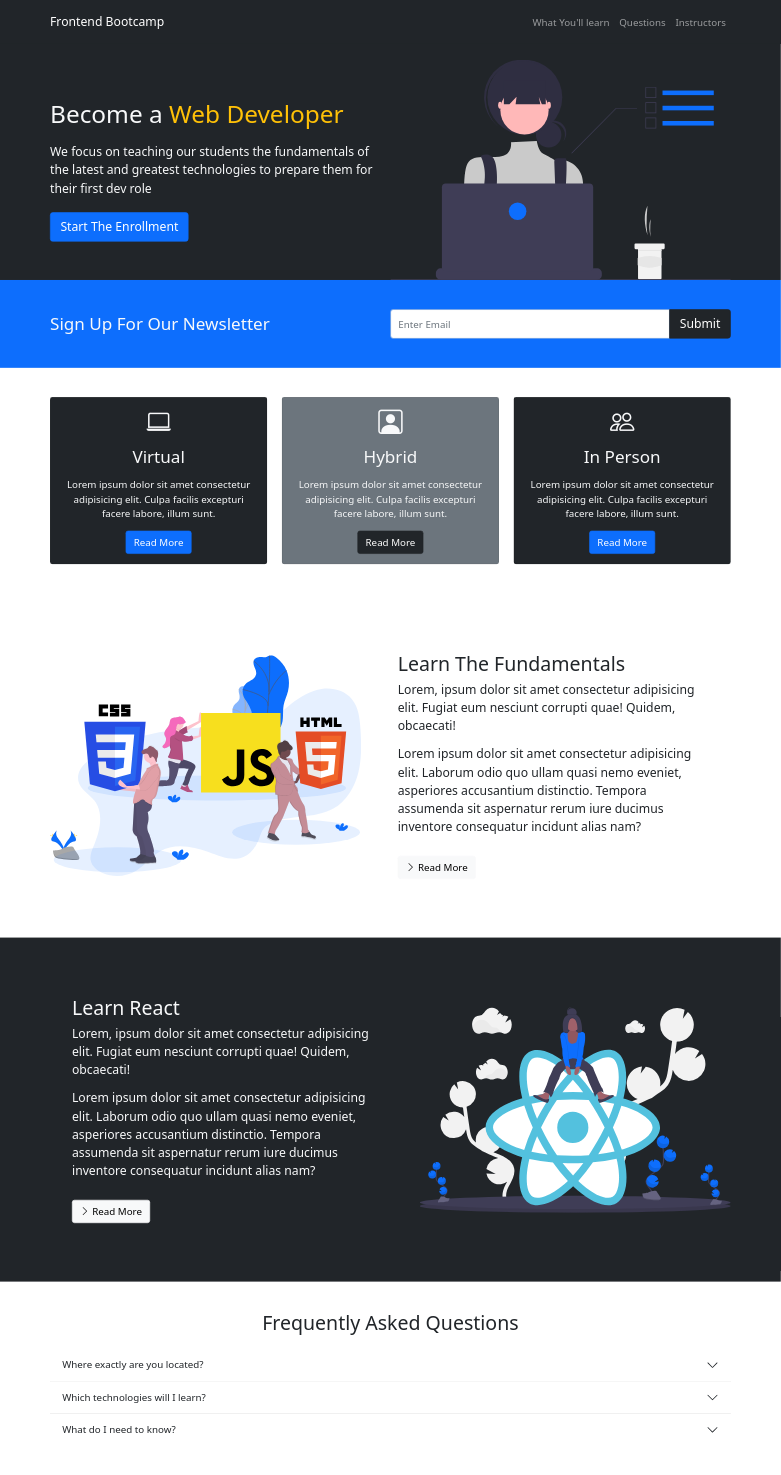
Repository: Marhamat92/Bootstrap5-Responsive-Website-
Page: index.html
The author's editor kept a copy of each file at every save. The page is drawn from the files as they stood at one save, then again after the next save.
The browser window is 1280 px wide. The pictures show the whole page, at 61% of full size.
Some web libraries are served in a nearby version.

Above is the page before, as saved 2021-09-18 19:11:25.

### index.html
<!DOCTYPE html>
<html lang="en">

<head>
    <meta charset="UTF-8">
    <meta http-equiv="X-UA-Compatible" content="IE=edge">
    <meta name="viewport" content="width=device-width, initial-scale=1.0">
    <link href="https://cdn.jsdelivr.net/npm/bootstrap@5.0.2/dist/css/bootstrap.min.css" rel="stylesheet"
        integrity="sha384-EVSTQN3/azprG1Anm3QDgpJLIm9Nao0Yz1ztcQTwFspd3yD65VohhpuuCOmLASjC" crossorigin="anonymous">
    <link rel="stylesheet" href="https://cdn.jsdelivr.net/npm/bootstrap-icons@1.3.0/font/bootstrap-icons.css">
    <link rel="stylesheet" href="style.css">
    <title>Frontend Bootcamp</title>

</head>

<body>
    <!--Navbar-->
    <nav class="navbar navbar-expand-lg bg-dark navbar-dark py-3 fixed-top">
        <div class="container">
            <a href="#" class="navbar-brand">Frontend Bootcamp</a>
            <button class="navbar-toggler" type="button" data-bs-toggle="collapse" data-bs-target="#navmenu">
                <span class="navbar-toggler-icon"></span>
            </button>
            <div class="collapse navbar-collapse" id="navmenu">
                <ul class="navbar-nav ms-auto">
                    <li class="nav-item">
                        <a href="#learn" class="nav-link">What You'll learn</a>
                    </li>
                    <li class="nav-item">
                        <a href="#questions" class="nav-link">Questions</a>
                    </li>
                    <li class="nav-item">
                        <a href="#instructors" class="nav-link">Instructors</a>
                    </li>
                </ul>
            </div>
        </div>
    </nav>

    <!--Showcase-->

    <section class="bg-dark text-light p-5 p-lg-0 pt-lg-5 text-center text-sm-start">
        <div class="container">
            <div class="d-sm-flex align-items-center justify-content-between">
                <div>
                    <h1>Become a <span class="text-warning">Web Developer</span> </h1>
                    <p class="lead my-4">We focus on teaching our students the fundamentals of the latest and
                        greatest technologies to prepare them for their first dev role
                    </p>
                    <button class="btn btn-primary btn-lg">Start The Enrollment</button>
                </div>
                <img class="img-fluid w-50 d-none d-sm-block" src="img/showcase.svg" alt="showcase">
            </div>
        </div>
    </section>


    <!--Newsletter-->
    <section class=" bg-primary text-light p-5">
        <div class="container">
            <div class="d-md-flex justify-content-between align-items-center">
                <h3 class="mb-3 mb-md-0">Sign Up For Our Newsletter</h3>
                <div class="input-group news-input">
                    <input type="text" class="form-control" placeholder="Enter Email">
                    <button class="btn btn-dark btn-lg" type="button">Submit</button>
                </div>

            </div>
        </div>
    </section>

    <!--Boxes-->
    <section class="p-5">
        <div class="container">
            <div class="row text-center g-4">
                <div class="col-md">
                    <div class="card bg-dark text-light">
                        <div class="card-body text-center">
                            <div class="h1 mb-3"><i class="bi bi-laptop"></i>
                            </div>
                            <h3 class="title mb-3">Virtual</h3>
                            <p class="card-text">
                                Lorem ipsum dolor sit amet consectetur adipisicing elit. Culpa facilis excepturi facere
                                labore, illum sunt.
                            </p>
                            <a href="#" class="btn btn-primary">Read More</a>
                        </div>
                    </div>
                </div>
                <div class="col-md">
                    <div class="card bg-secondary text-light">
                        <div class="card-body text-center">
                            <div class="h1 mb-3"><i class="bi bi-person-square"></i>
                            </div>
                            <h3 class="title mb-3">Hybrid</h3>
                            <p class="card-text">
                                Lorem ipsum dolor sit amet consectetur adipisicing elit. Culpa facilis excepturi facere
                                labore, illum sunt.
                            </p>
                            <a href="#" class="btn btn-dark">Read More</a>
                        </div>
                    </div>
                </div>
                <div class="col-md">
                    <div class="card bg-dark text-light">
                        <div class="card-body text-center">
                            <div class="h1 mb-3"><i class="bi bi-people"></i>
                            </div>
                            <h3 class="title mb-3">In Person</h3>
                            <p class="card-text">
                                Lorem ipsum dolor sit amet consectetur adipisicing elit. Culpa facilis excepturi facere
                                labore, illum sunt.
                            </p>
                            <a href="#" class="btn btn-primary">Read More</a>
                        </div>
                    </div>
                </div>
            </div>
        </div>
    </section>

    <!--Learn Sections-->
    <section id="learn" class="p-5">
        <div class="container">
            <div class="row align-items-center justify-content-between">
                <div class="col-md">
                    <img src="img/fundamentals.svg" class="img-fluid" alt="">
                </div>
                <div class="col-md p-5">
                    <h2>Learn The Fundamentals</h2>
                    <p class="lead">
                        Lorem, ipsum dolor sit amet consectetur adipisicing elit. Fugiat eum nesciunt corrupti quae!
                        Quidem, obcaecati!
                    </p>
                    <p class="lead">Lorem ipsum dolor sit amet consectetur adipisicing elit. Laborum odio quo ullam
                        quasi nemo eveniet, asperiores accusantium distinctio. Tempora assumenda sit aspernatur rerum
                        iure ducimus inventore consequatur incidunt alias nam?</p>
                    <a href="#" class="btn btn-light mt-3"><i class="bi bi-chevron-right"></i> Read More</a>
                </div>
            </div>
        </div>
    </section>


    <!--react section-->
    <section id="learn" class="p-5 bg-dark text-light">
        <div class="container">
            <div class="row align-items-center justify-content-between">
                <div class="col-md p-5">
                    <h2>Learn React</h2>
                    <p class="lead">
                        Lorem, ipsum dolor sit amet consectetur adipisicing elit. Fugiat eum nesciunt corrupti quae!
                        Quidem, obcaecati!
                    </p>
                    <p class="lead">Lorem ipsum dolor sit amet consectetur adipisicing elit. Laborum odio quo ullam
                        quasi nemo eveniet, asperiores accusantium distinctio. Tempora assumenda sit aspernatur rerum
                        iure ducimus inventore consequatur incidunt alias nam?</p>
                    <a href="#" class="btn btn-light mt-3"><i class="bi bi-chevron-right"></i> Read More</a>
                </div>
                <div class="col-md">
                    <img src="img/react.svg" class="img-fluid" alt="">
                </div>
            </div>
        </div>
    </section>


    <!--Question Accordion-->
    <section id="questions" class="p-5">
        <div class="container">
            <h2 class="text-center mb-4">Frequently Asked Questions</h2>
            <div class="accordion accordion-flush" id="#questions">
                <!--item 1-->
                <div class="accordion-item">
                    <h2 class="accordion-header" >
                        <button class="accordion-button collapsed" type="button" data-bs-toggle="collapse"
                            data-bs-target="#question-one" >
                            Where exactly are you located?
                        </button>
                    </h2>
                    <div id="question-one" class="accordion-collapse collapse" aria-labelledby="flush-headingOne"
                        data-bs-parent="#questions">
                        <div class="accordion-body">Lorem, ipsum dolor sit amet consectetur adipisicing elit. Modi ut facilis voluptas placeat excepturi, eligendi eum assumenda nisi doloremque animi totam possimus asperiores libero repudiandae officia culpa recusandae quia laudantium veritatis. Culpa, quae accusamus! Praesentium, sapiente? Libero voluptates deserunt eaque inventore ducimus molestias, adipisci perferendis cupiditate, nobis, aliquam tempora et?</div>
                    </div>
                </div>
                <!--item 2-->
                <div class="accordion-item">
                    <h2 class="accordion-header" >
                        <button class="accordion-button collapsed" type="button" data-bs-toggle="collapse"
                            data-bs-target="#question-two" >
                            Which technologies will I learn?
                        </button>
                    </h2>
                    <div id="question-two" class="accordion-collapse collapse" aria-labelledby="flush-headingOne"
                        data-bs-parent="#questions">
                        <div class="accordion-body">Lorem, ipsum dolor sit amet consectetur adipisicing elit. Modi ut facilis voluptas placeat excepturi, eligendi eum assumenda nisi doloremque animi totam possimus asperiores libero repudiandae officia culpa recusandae quia laudantium veritatis. Culpa, quae accusamus! Praesentium, sapiente? Libero voluptates deserunt eaque inventore ducimus molestias, adipisci perferendis cupiditate, nobis, aliquam tempora et?</div>
                    </div>
                </div>
                <!--item 3-->
                <div class="accordion-item">
                    <h2 class="accordion-header" >
                        <button class="accordion-button collapsed" type="button" data-bs-toggle="collapse"
                            data-bs-target="#question-three" >
                            What do I need to know?
                        </button>
                    </h2>
                    <div id="question-three" class="accordion-collapse collapse" aria-labelledby="flush-headingOne"
                        data-bs-parent="#questions">
                        <div class="accordion-body">Lorem, ipsum dolor sit amet consectetur adipisicing elit. Modi ut facilis voluptas placeat excepturi, eligendi eum assumenda nisi doloremque animi totam possimus asperiores libero repudiandae officia culpa recusandae quia laudantium veritatis. Culpa, quae accusamus! Praesentium, sapiente? Libero voluptates deserunt eaque inventore ducimus molestias, adipisci perferendis cupiditate, nobis, aliquam tempora et?</div>
                    </div>
                </div>
        </div>







    </section>





















    <script src="https://cdn.jsdelivr.net/npm/bootstrap@5.0.2/dist/js/bootstrap.bundle.min.js"
        integrity="sha384-MrcW6ZMFYlzcLA8Nl+NtUVF0sA7MsXsP1UyJoMp4YLEuNSfAP+JcXn/tWtIaxVXM" crossorigin="anonymous">
    </script>
</body>

</html>

### style.css
@media (min-width:768px) {
    .news-input{
        width:50%;
    }
}


body::before{
    display: block;
    content:'';
    height: 50px;
}

After the next save:
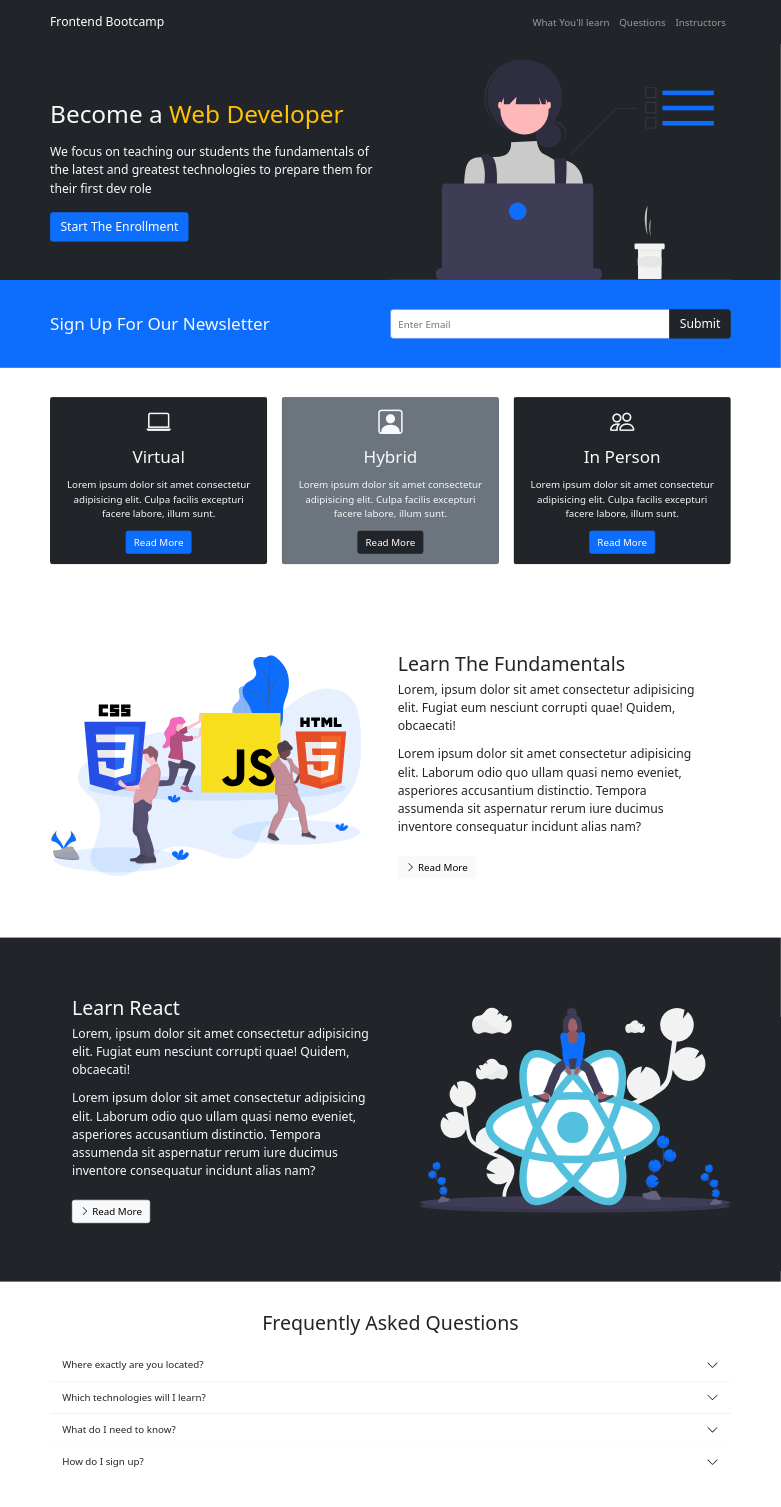
Saved 54 s later.
--- a/index.html
+++ b/index.html
@@ -209,6 +209,20 @@
                         <div class="accordion-body">Lorem, ipsum dolor sit amet consectetur adipisicing elit. Modi ut facilis voluptas placeat excepturi, eligendi eum assumenda nisi doloremque animi totam possimus asperiores libero repudiandae officia culpa recusandae quia laudantium veritatis. Culpa, quae accusamus! Praesentium, sapiente? Libero voluptates deserunt eaque inventore ducimus molestias, adipisci perferendis cupiditate, nobis, aliquam tempora et?</div>
                     </div>
                 </div>
+                <!--item 4-->
+                <div class="accordion-item">
+                    <h2 class="accordion-header" >
+                        <button class="accordion-button collapsed" type="button" data-bs-toggle="collapse"
+                            data-bs-target="#question-four" >
+                            How do I sign up?
+                        </button>
+                    </h2>
+                    <div id="question-four" class="accordion-collapse collapse" aria-labelledby="flush-headingOne"
+                        data-bs-parent="#questions">
+                        <div class="accordion-body">Lorem, ipsum dolor sit amet consectetur adipisicing elit. Modi ut facilis voluptas placeat excepturi, eligendi eum assumenda nisi doloremque animi totam possimus asperiores libero repudiandae officia culpa recusandae quia laudantium veritatis. Culpa, quae accusamus! Praesentium, sapiente? Libero voluptates deserunt eaque inventore ducimus molestias, adipisci perferendis cupiditate, nobis, aliquam tempora et?</div>
+                    </div>
+                </div>
+
         </div>
 
 
